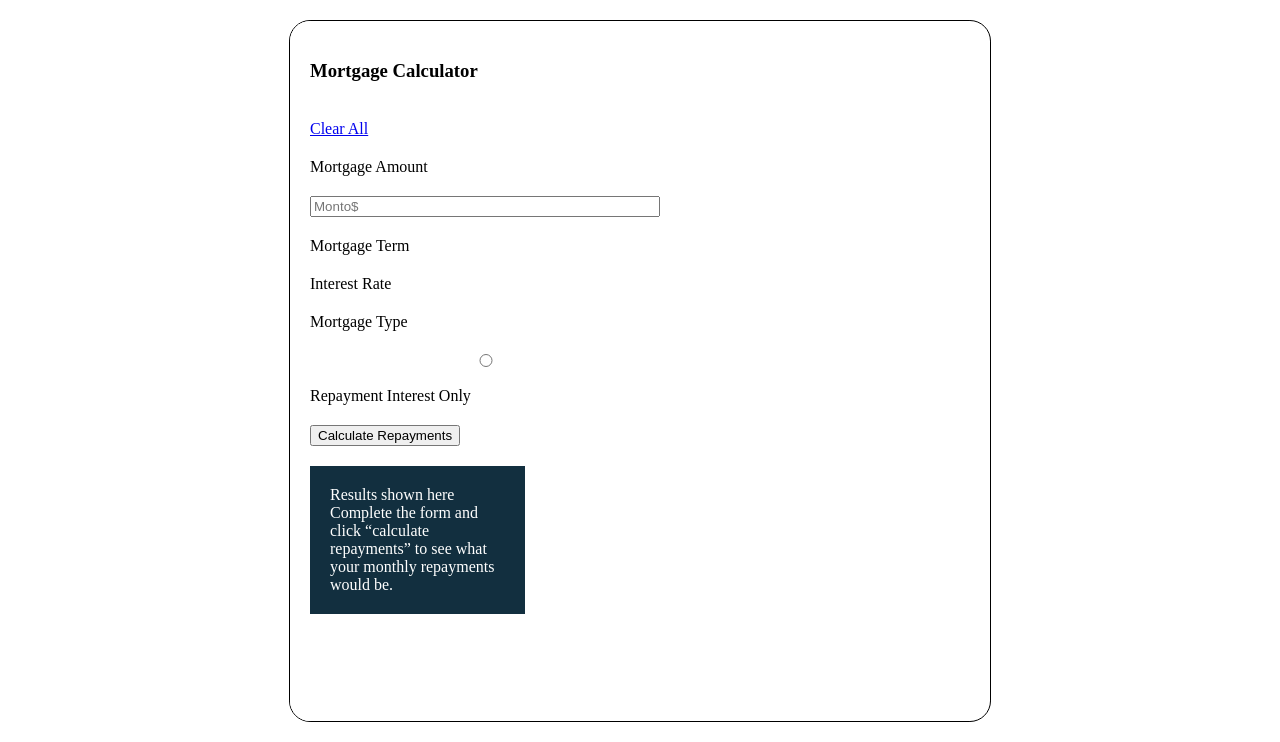
Repository: GravielPV/Mortgage-repayment-calculator
Page: index.html
These files come from the project's save history. The page is drawn as it stood at one moment and after a run of saves; the edit follows.
The browser window is 1280 px wide. The pictures show the whole page.

Above is the page before, as saved 2025-12-11 16:56:14.

After the next 3 saves:
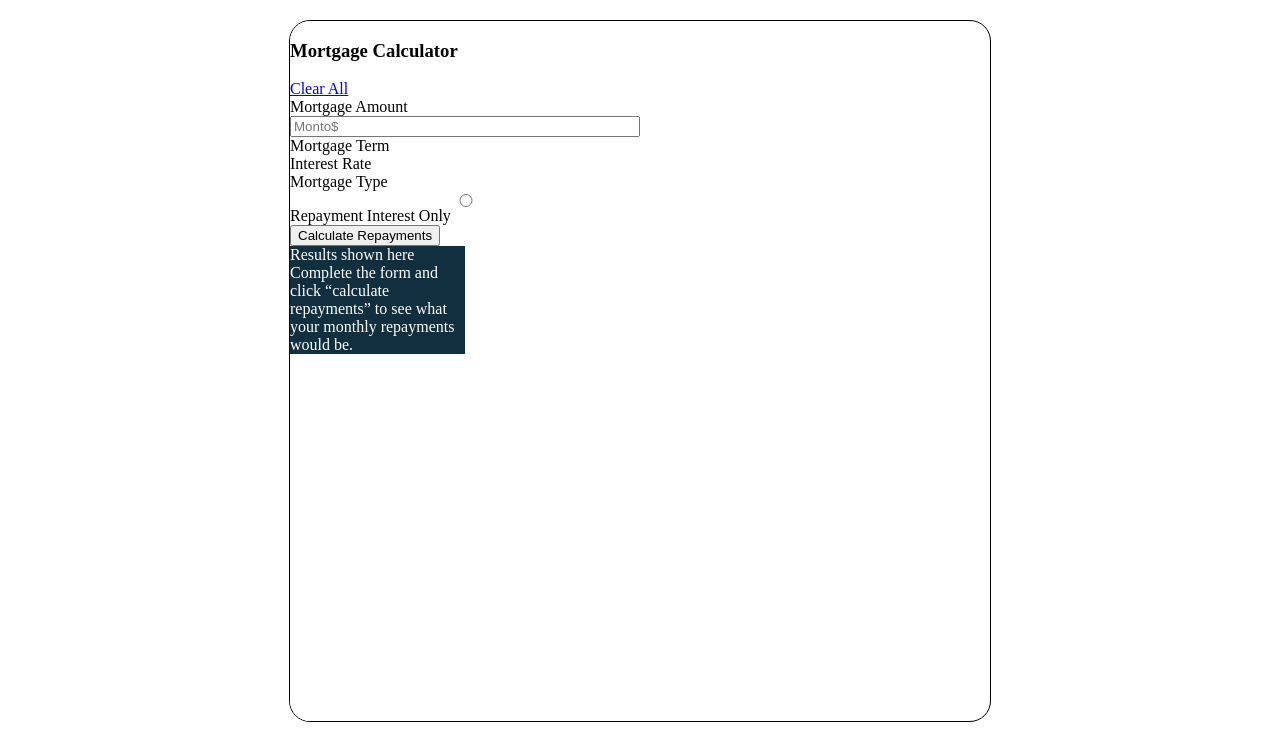
The 3 saves are shown as one change because they came seconds apart.
The last was saved 9 s later.
--- a/styles.css
+++ b/styles.css
@@ -12,8 +12,7 @@ border: 1px solid rgb(0, 0, 0);
     width: 50%;
     display: flex;
     flex-direction: column;
-    gap: 20px;
-    padding: 20px;
+
 
 
 }
